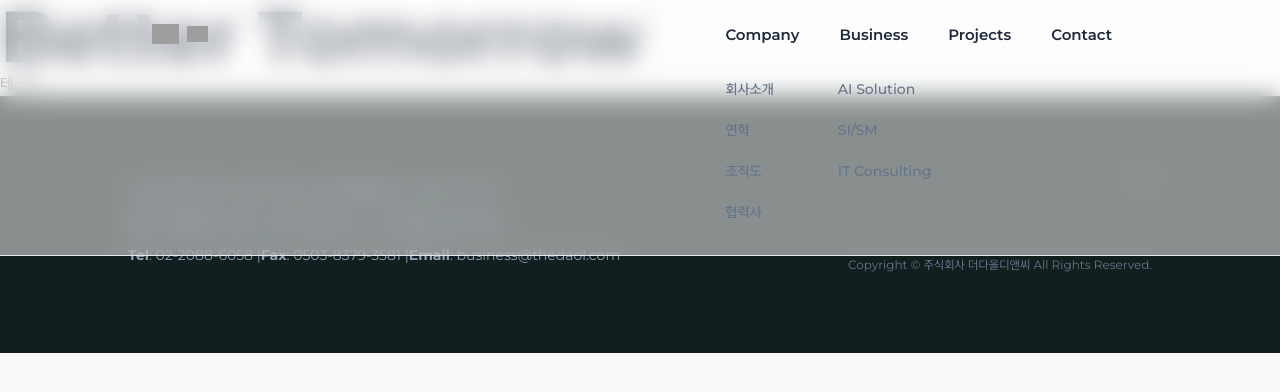
Repository: jadugamja/thedaol
Page: /
An editor plug-in stored every save of this project. The page is shown before and after the next save, followed by the edit.
The browser window is 1280 px wide. The pictures show the whole page.
Pictures or frames that could not be fetched are drawn as grey boxes. The project was rebuilt for these pictures with package versions that can differ from the ones it lists, and the page was loaded fresh each time. The framework's server and built-in components were replaced by stand-ins that run in the browser. Also part of the build but not shown: next.config.ts.

Above is the page before, as saved 2026-01-11 18:06:47.

### app/layout.tsx
import type { Metadata } from "next";
import localFont from "next/font/local";
import { Montserrat } from "next/font/google";
import "./globals.css";
import Header from "@/components/layout/header";
import Footer from "@/components/layout/footer";

export const metadata: Metadata = {
  title: "더다올디앤씨",
  description: "",
};

const montserrat = Montserrat({
  subsets: ["latin"],
  display: "swap",
  variable: "--font-montserrat",
});

const pretendard = localFont({
  src: "../fonts/PretendardVariable.woff2",
  display: "swap",
  weight: "45 920",
  variable: "--font-pretendard",
});

export default function RootLayout({
  children,
}: Readonly<{
  children: React.ReactNode;
}>) {
  return (
    <html lang="en" className={`${pretendard.variable} ${montserrat.variable}`}>
      <body
        className={`bg-background-light font-body text-text-main antialiased overflow-x-hidden selection:bg-primary/20 selection:text-secondary`}
      >
        <div className="relative min-h-screen flex flex-col">
          <Header />
          <main className="flex-grow">
            {children}
            <Footer />
          </main>
        </div>
      </body>
    </html>
  );
}

### app/(home)/page.tsx
export default function Home() {
  return (
    <div className="flex flex-col">
      <span className="text-7xl font-sans font-bold">Better Tomorrow</span>
      <span className="font-pretendard">테스트</span>
    </div>
  );
}

### app/globals.css
@import "tailwindcss";
@import "./index.css";

@theme {
  --color-primary: #0bbdb4;
  --color-primary-dark: #0a9c94;
  --color-secondary: #213b8a;
  --color-secondary-light: #2f4fb3;
  --color-background-light: #fafafa;
  --color-background-dark: #131f1e;
  --color-surface-light: #f8fafc;
  --color-text-main: #1e293b;
  --color-text-sub: #64748b;

  --font-sans: var(--font-montserrat), "Inter", sans-serif;
  --font-display: var(--font-montserrat), sans-serif;
  --font-body: var(--font-montserrat), var(--font-pretendard), sans-serif;
  --font-pretendard: var(--font-pretendard);

  --radius: 0.25rem; /* DEFAULT */
  --radius-lg: 0.5rem;
  --radius-xl: 0.75rem;
  --radius-full: 9999px;

  --animate-spin-slow: spin 60s linear infinite;
  --animate-spin-reverse-slow: spin 60s linear infinite reverse;
  --animate-float: float 6s ease-in-out infinite;
  --animate-pulse-slow: pulse 4s cubic-bezier(0.4, 0, 0.6, 1) infinite;
  --animate-fade-in-up: fadeInUp 1s ease-out forwards;
  --animate-marquee: marquee 60s linear infinite;
}

@keyframes float {
  0%,
  100% {
    transform: translateY(0);
  }
  50% {
    transform: translateY(-20px);
  }
}

@keyframes fadeInUp {
  0% {
    opacity: 0;
    transform: translateY(20px);
  }
  100% {
    opacity: 1;
    transform: translateY(0);
  }
}

@keyframes marquee {
  0% {
    transform: translateX(0%);
  }
  100% {
    transform: translateX(-100%);
  }
}

@utility container {
  margin-inline: auto;
  padding-inline: 1rem;
}

### components/layout/header.tsx
export default function Header() {
  return (
    <header className="header-nav fixed z-50 w-full bg-white/50 hover:bg-white backdrop-blur-md border-b border-gray-200 transition-all duration-300">
      <div className="max-w-5xl mx-auto px-6">
        <div className="flex justify-between relative">
          <div className="flex items-start py-3 min-h-9">
            <a className="flex items-center py-3 gap-2" href="/">
              <img
                alt="Company Logo"
                className="h-5 w-auto"
                src="./images/logo-icon.png"
              />
              <div className="flex flex-col leading-none">
                <img
                  alt="Company Logo"
                  className="h-4 w-auto"
                  src="./images/logo-black.png"
                />
              </div>
            </a>
          </div>

          <div className="hidden md:flex flex-col items-start">
            <nav className="py-3 min-h-9 flex items-center">
              <ul className="flex items-center space-x-2">
                <li className="nav-item">
                  <a href="company/about.html" className="nav-link">
                    Company
                  </a>
                </li>
                <li className="nav-item">
                  <a href="business/ai.html" className="nav-link">
                    Business
                  </a>
                </li>
                <li className="nav-item">
                  <a href="projects.html" className="nav-link">
                    Projects
                  </a>
                </li>
                <li className="nav-item">
                  <a href="contact.html" className="nav-link">
                    Contact
                  </a>
                </li>
              </ul>
            </nav>

            <div className="submenu-container w-full">
              <div className="flex items-start gap-12 pb-6 pl-2">
                <div className="submenu-section">
                  <ul className="submenu-list">
                    <li>
                      <a href="company/about.html" className="submenu-item">
                        회사소개
                      </a>
                    </li>
                    <li>
                      <a href="company/history.html" className="submenu-item">
                        연혁
                      </a>
                    </li>
                    <li>
                      <a
                        href="company/organization.html"
                        className="submenu-item"
                      >
                        조직도
                      </a>
                    </li>
                    <li>
                      <a
                        href="company/partnership.html"
                        className="submenu-item"
                      >
                        협력사
                      </a>
                    </li>
                  </ul>
                </div>

                <div className="submenu-section">
                  <ul className="submenu-list">
                    <li>
                      <a href="business/ai.html" className="submenu-item">
                        AI Solution
                      </a>
                    </li>
                    <li>
                      <a href="business/si-sm.html" className="submenu-item">
                        SI/SM
                      </a>
                    </li>
                    <li>
                      <a
                        href="business/consulting.html"
                        className="submenu-item"
                      >
                        IT Consulting
                      </a>
                    </li>
                  </ul>
                </div>
              </div>
            </div>
          </div>

          <div className="flex items-center py-2 min-h-9 md:hidden">
            <button className="text-text-main hover:text-primary transition-colors">
              <span className="material-symbols-outlined">menu</span>
            </button>
          </div>
        </div>
      </div>
    </header>
  );
}

### components/layout/footer.tsx
import Image from "next/image";

export default function Footer() {
  return (
    <footer className="relative z-20 bg-background-dark text-[#94a3b8] py-20 px-[5%] border-t border-white/10 font-body h-full selection:bg-zinc-100 selection:text-[#131f1e]">
      <div className="max-w-5xl mx-auto flex flex-col md:flex-row justify-between items-start">
        <div className="mb-8 md:mb-0">
          <div className="text-sm leading-loose space-y-1">
            <p>
              (주)더다올디앤씨 | 대표: 박규원 | 사업자등록번호: 150-86-02724
            </p>
            <p>
              <strong className="font-bold">주소</strong>: 서울특별시 금천구
              가산디지털1로 204, 아이비밸리 8층 802호
            </p>
            <p>
              <strong className="font-bold">Tel</strong>: 02-2088-6058 |
              <strong className="font-bold">Fax</strong>: 0503-8379-3581 |
              <strong className="font-bold">Email</strong>: business@thedaol.com
            </p>
          </div>
        </div>
        <div className="h-24 flex flex-col justify-between">
          <div className="mb-2 flex justify-start md:justify-end">
            <Image
              alt="Company Logo"
              src="/images/logo/text-white.webp"
              width={20}
              height={184}
            />
            {/* <img
              alt="Company Logo"
              className="h-5 w-auto"
              src="./images/logo-white.png"
            /> */}
          </div>
          <div className="pt-2 border-t border-white/10 text-xs text-[#64748b]">
            Copyright © 주식회사 더다올디앤씨 All Rights Reserved.
          </div>
        </div>
      </div>
    </footer>
  );
}

### app/index.css
.bg-grid-mask-light {
  mask-image: radial-gradient(circle at center, black 40%, transparent 80%);
  -webkit-mask-image: radial-gradient(
    circle at center,
    black 40%,
    transparent 80%
  );
}

/* card */
.card-hover-effect:hover .card-overlay {
  opacity: 1;
}

.card-hover-effect:hover .card-image {
  transform: scale(1.05);
}

.collage-clip {
  clip-path: polygon(0 0, 100% 0, 100% 85%, 0 100%);
}

.text-vertical {
  writing-mode: vertical-rl;
  text-orientation: mixed;
}

.marquee-container:hover .animate-scroll {
  animation-play-state: paused;
}

/* GNB */
.nav-item {
  position: relative;
}

.nav-link {
  display: inline-block;
  padding: 0.75rem 1rem;
  font-size: 0.9375rem;
  font-weight: 600;
  color: #1e293b;
  text-decoration: none;
  transition: color 0.2s ease;
  position: relative;
  border-radius: 0.5rem;
}

.nav-link:hover {
  color: #0bbdb4;
}

.nav-link::after {
  content: "";
  position: absolute;
  bottom: 0.5rem;
  left: 1rem;
  right: 1rem;
  height: 2px;
  background: #0bbdb4;
  transform: scaleX(0);
  transition: transform 0.3s cubic-bezier(0.4, 0, 0.2, 1);
  transform-origin: center;
}

.nav-link:hover::after {
  transform: scaleX(1);
}

.submenu-container {
  max-height: 0;
  overflow: hidden;
  opacity: 0;
  transition: max-height 0.5s cubic-bezier(0.4, 0, 0.2, 1),
    opacity 0.3s cubic-bezier(0.4, 0, 0.2, 1);
}

.header-nav:hover .submenu-container {
  max-height: 300px;
  opacity: 1;
}

.submenu-section {
  flex: 0 0 auto;
}

.submenu-title {
  font-size: 0.75rem;
  font-weight: 700;
  color: #94a3b8;
  text-transform: uppercase;
  letter-spacing: 0.05em;
  margin-bottom: 0.75rem;
}

.submenu-list {
  display: flex;
  flex-direction: column;
  gap: 0.25rem;
}

.submenu-item {
  display: inline-block;
  padding: 0.5rem;
  color: #64748b;
  font-size: 0.875rem;
  font-weight: 500;
  text-decoration: none;
  transition: color 0.2s ease;
}

.submenu-item:hover {
  color: #0bbdb4;
}

After the next save:
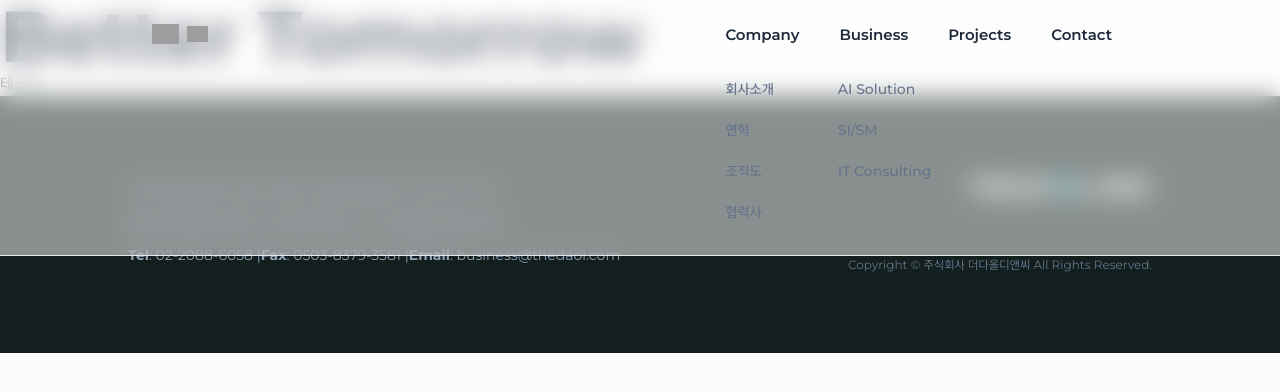
Saved 56 s later.
--- a/components/layout/footer.tsx
+++ b/components/layout/footer.tsx
@@ -25,8 +25,8 @@
             <Image
               alt="Company Logo"
               src="/images/logo/text-white.webp"
-              width={20}
-              height={184}
+              width={184}
+              height={20}
             />
             {/* <img
               alt="Company Logo"
